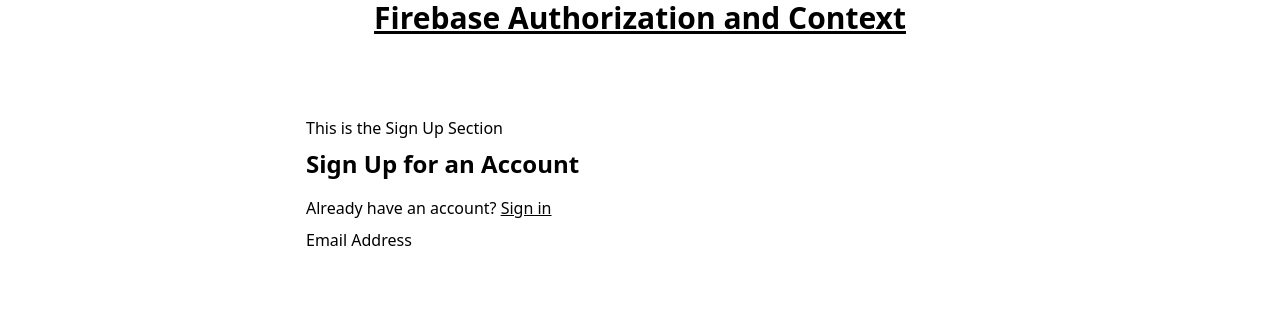
Repository: mottad14/practice_google_firebase
Page: /signup
The author's editor kept a copy of each file at every save. The page is drawn from the files as they stood at one save, then again after the next save.
The browser window is 1280 px wide. The pictures show the whole page.
The project was rebuilt for these pictures with package versions that can differ from the ones it lists, and the page was loaded fresh each time. Also part of the build but not shown: src/components/Signin.jsx, src/components/Account.jsx.

Above is the page before, as saved 2022-07-27 09:10:55.

After the next save:
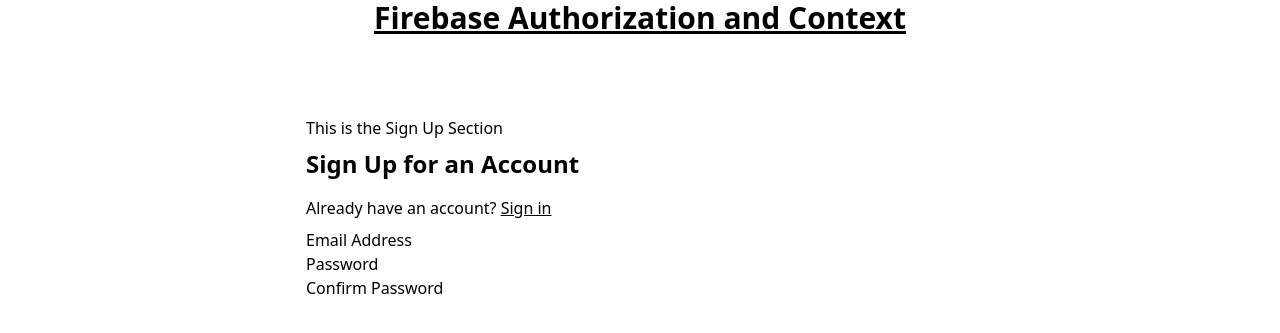
Saved 36 s later.
--- a/src/components/Signup.jsx
+++ b/src/components/Signup.jsx
@@ -18,6 +18,14 @@
             <label htmlFor=""> Email Address</label>
             <input type="email"/>
           </div>
+          <div>
+            <label htmlFor=""> Password</label>
+            <input type="password"/>
+          </div>
+          <div>
+            <label htmlFor=""> Confirm Password</label>
+            <input type="password"/>
+          </div>
 
       </form>
 
